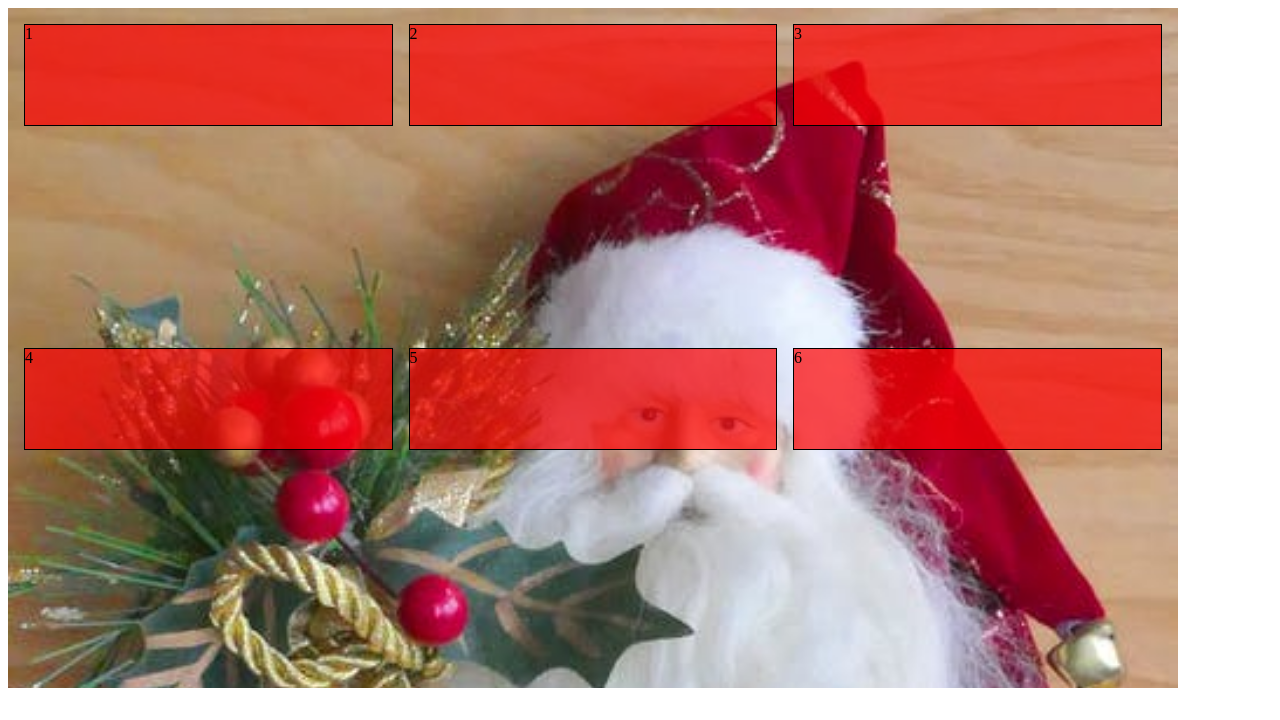
Repository: hindrik40/julprogram-js
Page: advent.html
An editor plug-in stored every save of this project. The page is shown before and after the next save, followed by the edit.
The browser window is 1280 px wide. The pictures show the whole page.

Above is the page before, as saved 2021-12-14 10:05:50.

After the next save:
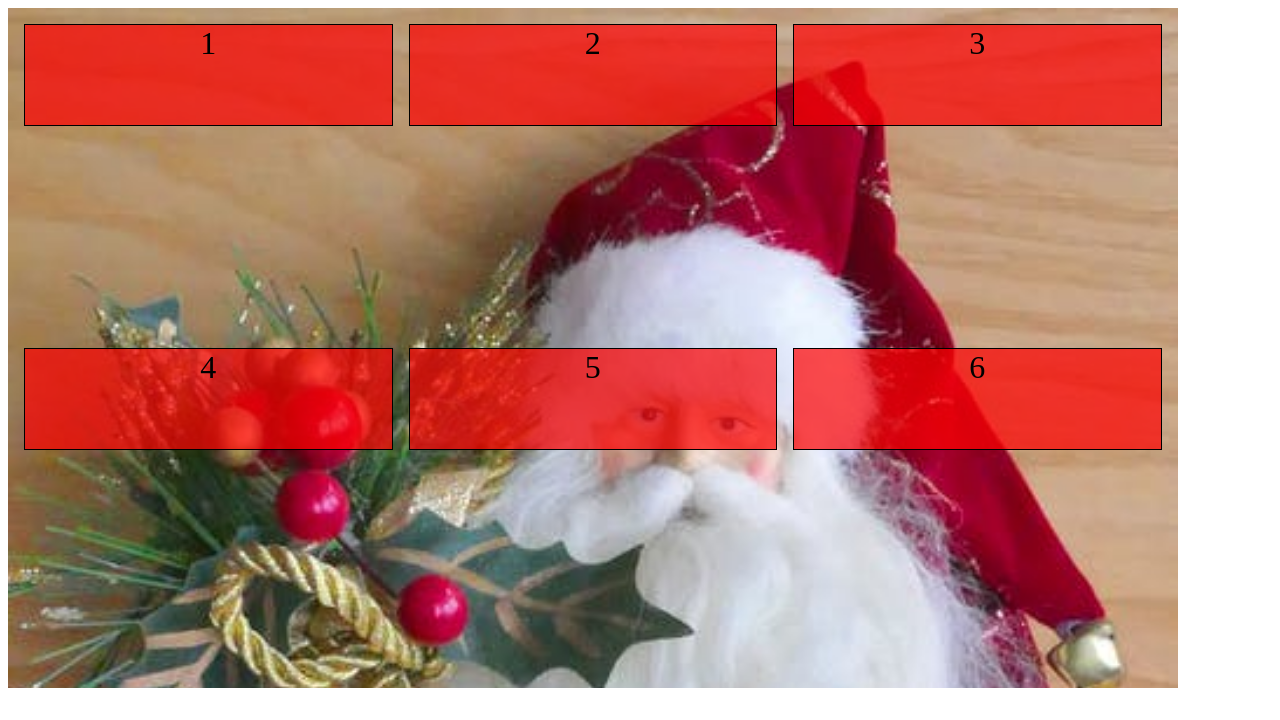
Saved 95 s later.
--- a/advent.css
+++ b/advent.css
@@ -14,5 +14,8 @@ main>div{
    max-height: 100px;
     border:solid 1px black;
     background-color: rgba(255,0,0,0.7);
+    font-size:2rem;
+    text-align: center;
+    vertical-align: middle;
 
 }
